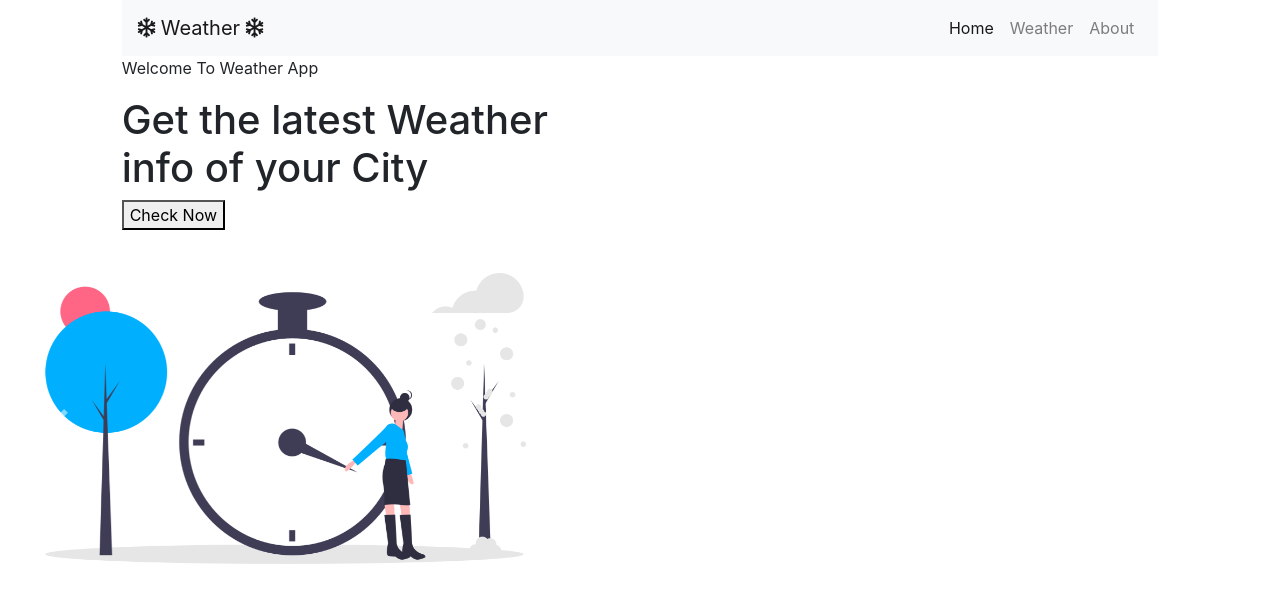
Repository: AalokJadhav/Weather_App
Page: public/index.html
These files come from the project's save history. The page is drawn as it stood at one moment and after the next save; the edit follows.
The browser window is 1280 px wide. The pictures show the whole page.
Some web libraries are served in a nearby version.

Above is the page before, as saved 2020-11-15 11:15:24.

### public/index.html
<!DOCTYPE html>
<html lang="en">

<head>
    <meta charset="UTF-8">
    <meta name="viewport" content="width=device-width, initial-scale=1.0">
    <title>Weather App</title>
    <!-- Latest compiled and minified CSS -->
    <link rel="stylesheet" href="https://maxcdn.bootstrapcdn.com/bootstrap/4.5.2/css/bootstrap.min.css">
    <link rel="stylesheet" href="https://cdnjs.cloudflare.com/ajax/libs/font-awesome/5.10.0/css/all.min.css"
        integrity="sha512-PgQMlq+nqFLV4ylk1gwUOgm6CtIIXkKwaIHp/PAIWHzig/lKZSEGKEysh0TCVbHJXCLN7WetD8TFecIky75ZfQ=="
        crossorigin="anonymous" />
    <!-- jQuery library -->
    <script src="https://ajax.googleapis.com/ajax/libs/jquery/3.5.1/jquery.min.js"></script>

    <!-- Popper JS -->
    <script src="https://cdnjs.cloudflare.com/ajax/libs/popper.js/1.16.0/umd/popper.min.js"></script>

    <!-- Latest compiled JavaScript -->
    <script src="https://maxcdn.bootstrapcdn.com/bootstrap/4.5.2/js/bootstrap.min.js"></script>
    <link rel="stylesheet" href="css/style.css">
    <link rel="shortcut icon" href="images/logo.png" type="image/png">
</head>

<body>
    <div class="container-fluid main-menu">
        <div class="row">
            <div class="col-md-10 col-12 mx-auto">
                <nav class="navbar navbar-expand-lg navbar-light bg-light">
                    <a class="navbar-brand" href="#"><i class="far fa-snowflake"></i> Weather <i
                            class="far fa-snowflake"></i></a>
                    <button class="navbar-toggler" type="button" data-toggle="collapse"
                        data-target="#navbarSupportedContent" aria-controls="navbarSupportedContent"
                        aria-expanded="false" aria-label="Toggle navigation">
                        <span class="navbar-toggler-icon"></span>
                    </button>

                    <div class="collapse navbar-collapse" id="navbarSupportedContent">
                        <ul class="navbar-nav ml-auto">
                            <li class="nav-item active">
                                <a class="nav-link" href="/">Home <span class="sr-only">(current)</span></a>
                            </li>
                            <li class="nav-item">
                                <a class="nav-link" href="/weather">Weather</a>
                            </li>
                            <li class="nav-item">
                                <a class="nav-link" href="/about">About</a>
                            </li>
                        </ul>
                    </div>
                </nav>
            </div>
        </div>
    </div>

    <!-- Main header -->
    <div class="container-fluid main_header">
        <div class="row">
            <div class="col-md-10 col-12 mx-auto">
                <div class="row">
                    <!-- Left Side Div -->
                    <div class="col-md-6 col-12 main_header_left">
                        <p> Welcome To Weather App</p>
                        <h1>Get the latest <span>Weather</span> info of your City</h1>
                        <a href="/weather"><button>Check Now</button></a>
                    </div>
                </div>
            </div>
            <div class="col-md-6 col-12 main_header_right">
                <div id="carouselExampleControls" class="carousel slide" data-ride="carousel">
                    <div class="carousel-inner">
                      <div class="carousel-item active">
                        <img src="images/bg1.png" class="w-100" alt="...">
                      </div>
                      <div class="carousel-item">
                        <img src="images/bg2.png" class="w-100" alt="...">
                      </div>
                      <div class="carousel-item">
                        <img src="images/bg3.png" class="w-100" alt="...">
                      </div>
                    </div>
                    <a class="carousel-control-prev" href="#carouselExampleControls" role="button" data-slide="prev">
                      <span class="carousel-control-prev-icon" aria-hidden="true"></span>
                      <span class="sr-only">Previous</span>
                    </a>
                    <a class="carousel-control-next" href="#carouselExampleControls" role="button" data-slide="next">
                      <span class="carousel-control-next-icon" aria-hidden="true"></span>
                      <span class="sr-only">Next</span>
                    </a>
                  </div>
            </div>
        </div>
    </div>
</body>

</html>

### public/css/style.css
.h1 {

    color: red;
}

After the next save:
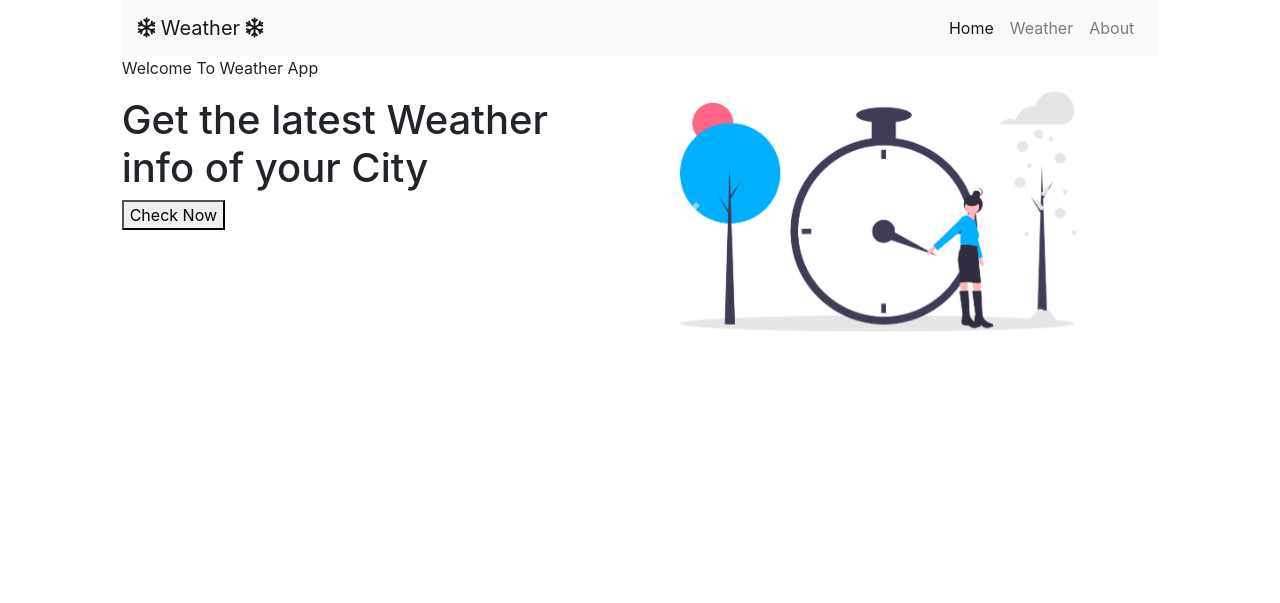
Saved 77 s later.
--- a/public/index.html
+++ b/public/index.html
@@ -64,8 +64,8 @@
                         <h1>Get the latest <span>Weather</span> info of your City</h1>
                         <a href="/weather"><button>Check Now</button></a>
                     </div>
-                </div>
-            </div>
+                    <!-- right Side Div -->
+
             <div class="col-md-6 col-12 main_header_right">
                 <div id="carouselExampleControls" class="carousel slide" data-ride="carousel">
                     <div class="carousel-inner">
@@ -91,6 +91,8 @@
             </div>
         </div>
     </div>
+        </div>
+    </div>
 </body>
 
 </html>
